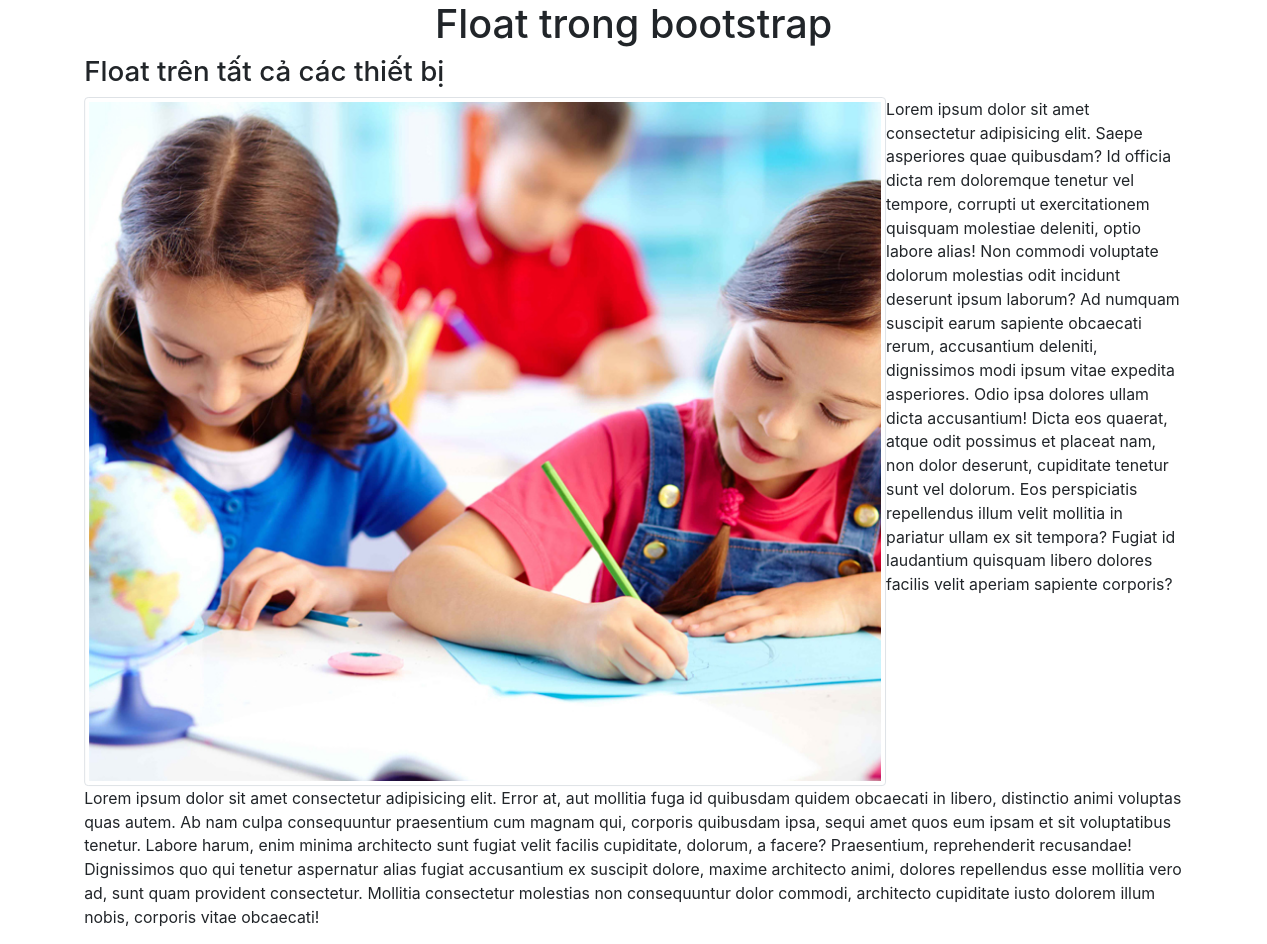
Repository: anhtu2110/front_end
Page: lesson/bootstrap/box/4.7-float.html
These files come from the project's save history. The page is drawn as it stood at one moment and after the next save; the edit follows.
The browser window is 1280 px wide. The pictures show the whole page, at 99% of full size.

Above is the page before, as saved 2022-12-02 09:44:33.

After the next save:
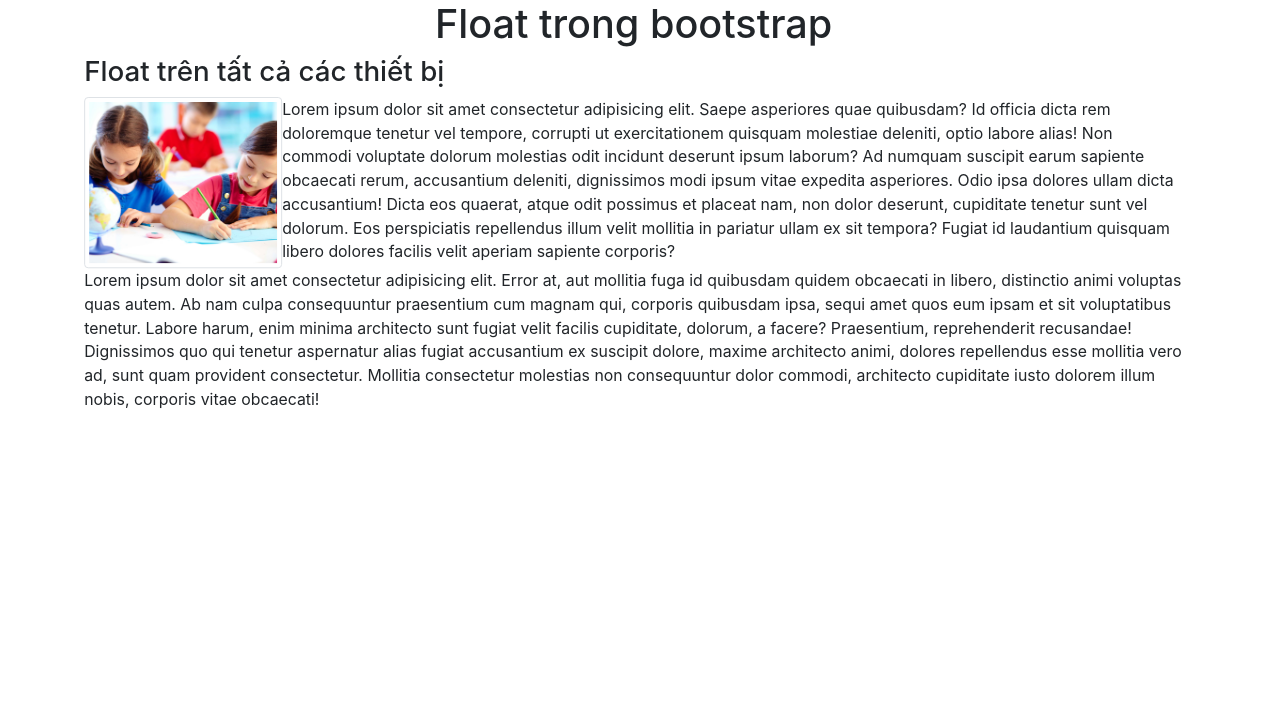
Saved 56 s later.
--- a/lesson/bootstrap/box/4.7-float.html
+++ b/lesson/bootstrap/box/4.7-float.html
@@ -8,6 +8,14 @@
     <title>Float trong bootstrap</title>
   </head>
   <body>
+    <style>
+      img {
+        display: block;
+        width: 200px;
+        height: 200px;
+        border-radius: 10rem;
+      }
+    </style>
     <div class="container">
       <div class="row">
         <div class="col-md-12">

After the save that followed:
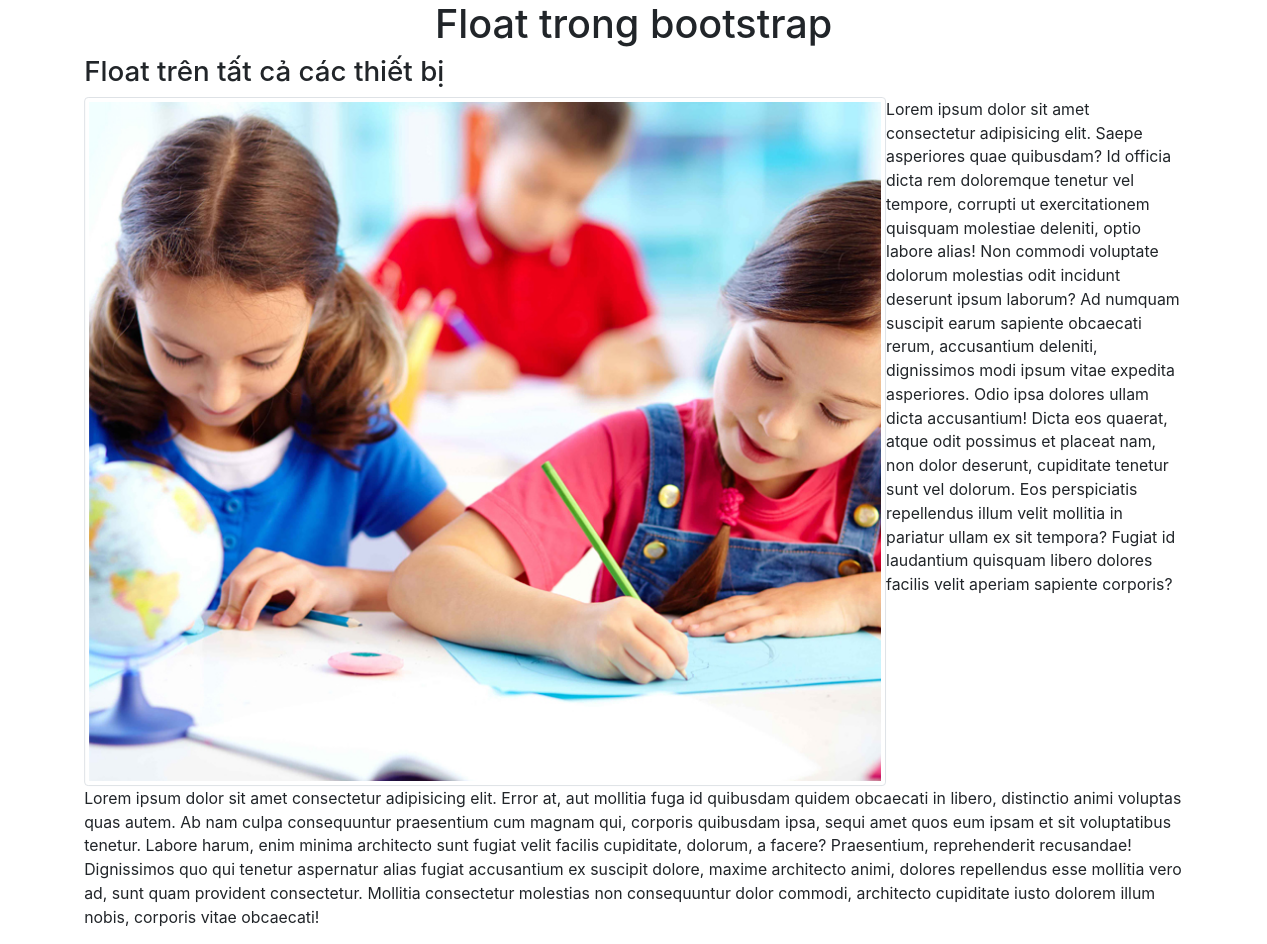
Saved 10 s later.
--- a/lesson/bootstrap/box/4.7-float.html
+++ b/lesson/bootstrap/box/4.7-float.html
@@ -9,12 +9,12 @@
   </head>
   <body>
     <style>
-      img {
+      /* img {
         display: block;
         width: 200px;
         height: 200px;
         border-radius: 10rem;
-      }
+      } */
     </style>
     <div class="container">
       <div class="row">
